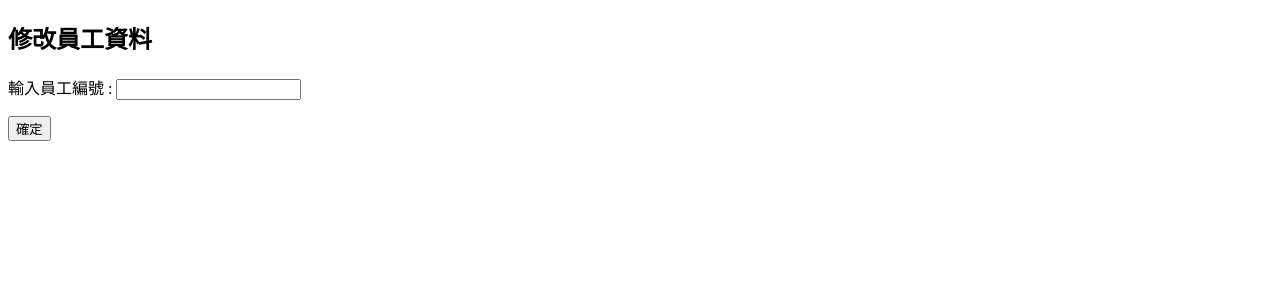
Repository: Ray917x/JaveEEforProject
Page: JSP/src/main/webapp/project/AnimalGetUpdate.html
The author's editor kept a copy of each file at every save. The page is drawn from the files as they stood at one save, then again after the next save.
The browser window is 1280 px wide. The pictures show the whole page.

Above is the page before, as saved 2022-09-12 12:38:51.

### JSP/src/main/webapp/project/AnimalGetUpdate.html
<!DOCTYPE html>
<html>
<head>
<meta charset="UTF-8">
<title>修改員工資料</title>
</head>
<body>
<h2>修改員工資料</h2>
<form method="post" action="/JSP/AnimalGetUpdate">
 輸入員工編號 : <input type="text" name="empno" /><p>
 <input type="submit" value="確定" />
</form>
</body>
</html>

After the next save:
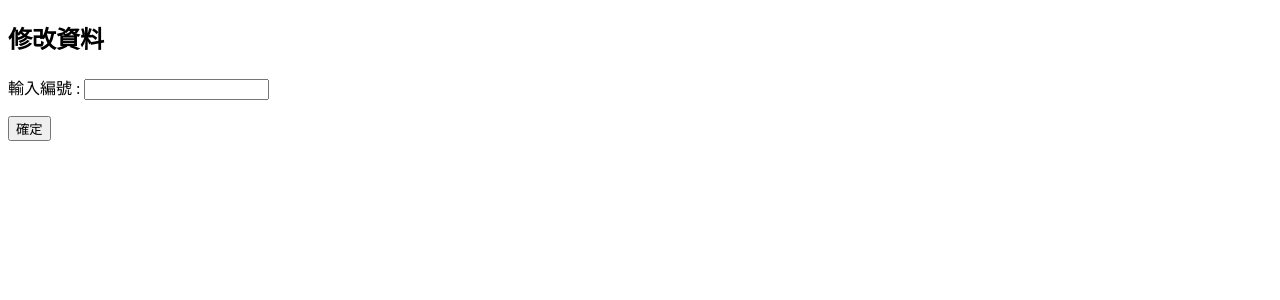
Saved 16 s later.
--- a/JSP/src/main/webapp/project/AnimalGetUpdate.html
+++ b/JSP/src/main/webapp/project/AnimalGetUpdate.html
@@ -2,12 +2,12 @@
 <html>
 <head>
 <meta charset="UTF-8">
-<title>修改員工資料</title>
+<title>修改資料</title>
 </head>
 <body>
-<h2>修改員工資料</h2>
+<h2>修改資料</h2>
 <form method="post" action="/JSP/AnimalGetUpdate">
- 輸入員工編號 : <input type="text" name="empno" /><p>
+ 輸入編號 : <input type="text" name="empno" /><p>
  <input type="submit" value="確定" />
 </form>
 </body>
